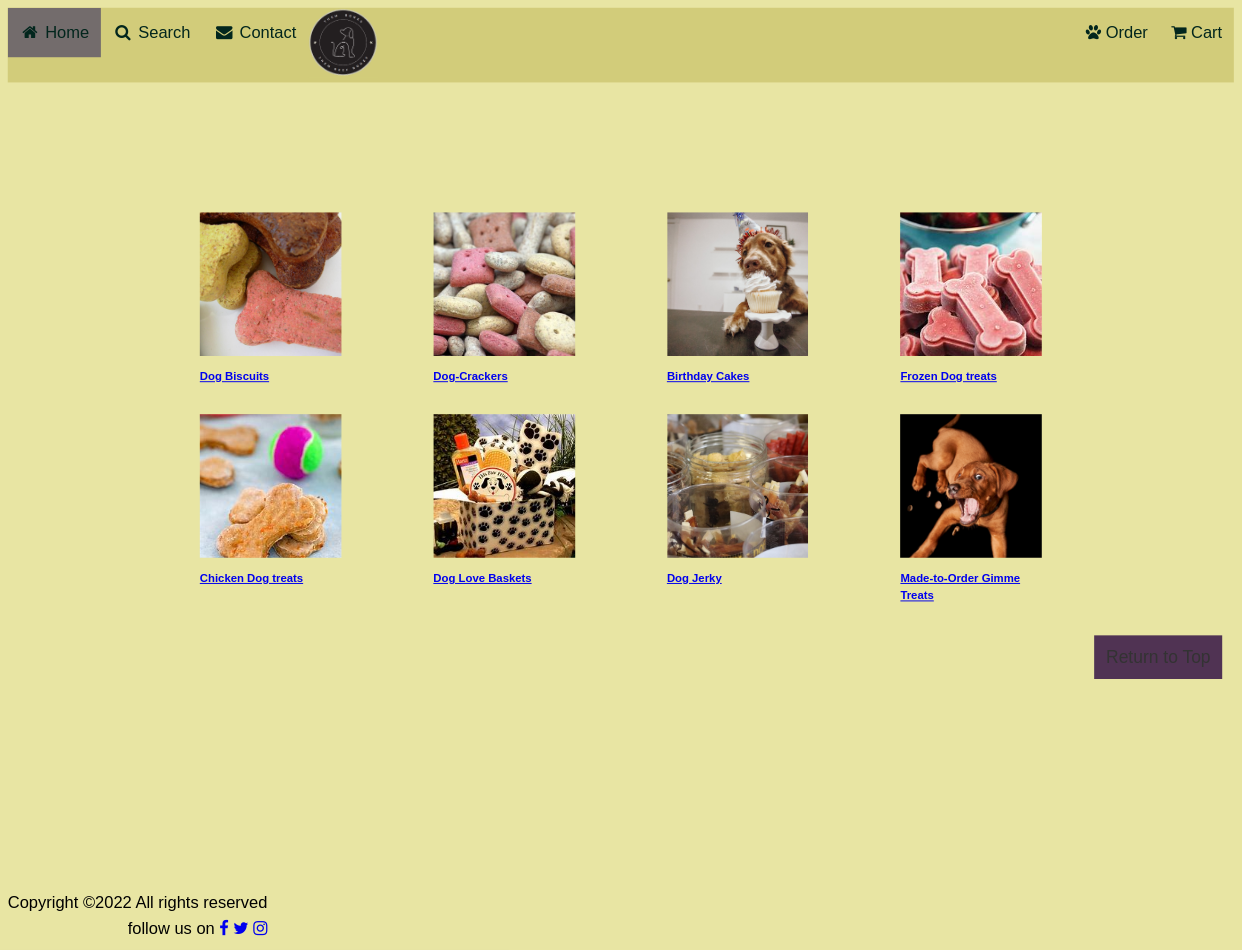
Repository: vgoins-RA2022/HTML-1
Page: index.html
The author's editor kept a copy of each file at every save. The page is drawn from the files as they stood at one save, then again after the next save.
The browser window is 1280 px wide. The pictures show the whole page, at 97% of full size.

Above is the page before, as saved 2023-01-21 20:27:35.

### index.html
<!DOCTYPE html>
<html lang="en">

<head>
  <meta charset="UTF-8">
  <meta name="viewport" content="width=device-width, initial-scale=1">
  <link rel="stylesheet" href="https://cdnjs.cloudflare.com/ajax/libs/font-awesome/4.7.0/css/font-awesome.min.css">
  <link rel="stylesheet" href="../HTML-1/src/css/Style.css" type="text/css">
  <title>Simple HTML Assignment 1</title>
</head>

<header>
    <!-- setup top navigator bar. position logo, home and contact navators on the left-->
    <div class="navbar" float: left>
      <img src="src/img/them-bones-logo.png" alt="them-bones-logo" class="logo" >
      <a class="active" href="#"><i class="fa fa-fw fa-home"></i> Home</a>
      <a href="#"><i class="fa fa-fw fa-search"></i> Search</a>
      <a href="#"><i class="fa fa-fw fa-envelope"></i> Contact</a>
      <!-- position order and cart navigators on the right -->
    <div class="right"><a href="#"><i class="fa fa-paw" aria-hidden="true"></i> Order</a>
    <div class="right"><a href="#"><i class="fa fa-shopping-cart" aria-hidden="true"></i> Cart</a>
    </div>
  </header>

<body>
  <div class="container">
     <!-- set of store gallery of self-contained items enclosed in the figure tags  -->
    <div class="gallery">

      <figure class="gallery__item gallery__item--1">
            <img src="src/img/animal-dog- biscuits.jpg" alt="animal-dog-biscuits" class="gallery__img" >
              <h3 class= image-text>
                <h3><a href="#">Dog Biscuits</a></h3>
              </h3>
        </figure>
        <figure class="gallery__item gallery__item--2">
            <img src="src/img/animal-dog- crackers.jpg" alt="animal-dog-crackers" class="gallery__img">
                <h3 class= image-text>
                  <h3><a href="#">Dog-Crackers</a></h3>
                </h3>

        </figure>
        <figure class="gallery__item gallery__item--3">
            <img src="src/img/dog-happy-birthday.jpg" alt="dog-happy-birthday" class="gallery__img">
              <h3 class= image-text></h3>
                <h3><a href="#">Birthday Cakes</a></h3>
               </h3>
        </figure>
        <figure class="gallery__item gallery__item--4">
            <img src="src/img/frozen-dog-treats.jpg" alt="frozen-dog-treats" class="gallery__img">
              <h3 class= image-text>
                 <h3><a href="#">Frozen Dog treats</a></h3>
              </h3>
        </figure>
        <figure class="gallery__item gallery__item--5">
            <img src="src/img/chicken-dog-treat.jpg" alt="chicken-dog-treats" class="gallery__img">
              <h3 class= image-text>
                <h3><a href="#">Chicken Dog treats</a></h3>
              </h3>
        </figure>
        <figure class="gallery__item gallery__item--6">
            <img src="src/img/doggy-love-basket.jpg" alt="doggy-love-basket" class="gallery__img">
            <h3 class= image-text>
            <h3><a href="#">Dog Love Baskets</a></h3>
            </h3>
        </figure>
        <figure class="gallery__item gallery__item--7">
            <img src="src/img/Dog-jerkey.png" alt="dog-jerky" class="gallery__img">
            <h3 class= image-text>
              <a href="#">Dog Jerky</a></h3>
            </h3>
        </figure>
        <figure class="gallery__item gallery__item--8">
          <img src="src/img/gimme-dog treats.jpg" alt="gimme-dog-treats" class="gallery__img">
          <h3 class= image-text>
            <a href="#">Made-to-Order Gimme Treats</a>
          </h3>
        </figure>

      </div>
  </div>

</body>

<footer>
  <!-- <div> id="footer"</div>  footer id attribute -->

  <!-- setup navigator bar in the footer of copywright and social media icons -->


  <div class="navbar-footer">
    <div class="row">
      <div class="col-left">Copyright ©2022 All rights reserved</div>
      <div class="col-right">follow us on

        <a href="#"><i class="fa fa-facebook"></i></a>
        <a href="#"><i class="fa fa-twitter"></i></a>
        <a href="#"><i class="fa fa-instagram"></i></a>
      </div>
    </div>
  </div>
  <div><button id="return-to-top">Return to Top</button></div>
  </footer>
</html>

### src/css/Style.css

/* align navigation bar items */
.left-menu {
  grid-column: 1;
}
.right-menu {
  grid-column: -1;
}
/* format logo position, width and height */
.logo {
  grid-column: 3;
  grid-area: logo;
  place-self: center;
  width: 10vh;
  height: 10vh;
  justify-self: center;
  background-color:#d2cc7a;
}

/* style the navigation bar */
.navbar a {
float: left;
padding-top: 70px;
padding: 12px;
color: #02261d;
text-decoration: none;
font-size: 17px;
}
/* set the size of the images */
img {
  width: 400px;
  height: 80px;
}
/* change color of navigation item when cursor hovers */
.navbar a:hover {
background-color: #8e8c8c;
}
.active {
background-color: #736c6c;
}
.left {
  float: left;
}

.right {
  float: right;
 }

.navbar a {
    float: left;
    display: block;
}

.navbar {
    width: 100%;
    background-color: #d2cc7a;
    overflow: auto;
}

.logo img {
    display: inline-block;
    vertical-align: top;
    width: 50px;
    height: 50px;
    margin-right: 20px;
    margin-top: 15px;
}

html {
  box-sizing: border-box;
  font-size: 62.5%;
}

body {
  font-family: "Nunito", sans-serif;
  background-color: rgba(216, 212, 98, 0.585);
  font-weight: 300;
  line-height: 1.6;
}

.container {
  width: 75%;
  margin: 2rem auto;
}

.gallery {
  display: grid;
  grid-template-columns: repeat(8, 1fr);
  grid-template-rows: repeat(8, 5vw);
  grid-gap: 1.5rem;
  row-gap: 40px;
}

.gallery__img {
  width: 100%;
  height: 100%;
  object-fit: cover;
  display: block;
}

.image-txt {
  margin: 3%;
  position: absolute;
  top: 20px;
  left: 50px;
}
/* set length and position of store gallery items */
.gallery__item--1 {
  grid-column: 1 / span 2;
  grid-row: 2 / span 2;
}
.gallery__item--2 {
  grid-column: 3 / span 2;
  grid-row: 2 / span 2;
}
.gallery__item--3 {
  grid-column: 5 / span 2;
  grid-row: 2 / span 2;
}
.gallery__item--4 {
  grid-column: 7 / span 2;
  grid-row: 2 / span 2;
}
.gallery__item--5 {
  grid-column: 1 / span 2;
  grid-row: 4 / span 2;
}
.gallery__item--6 {
  grid-column: 3 / span 2;
  grid-row: 4 / span 2;
}
.gallery__item--7 {
  grid-column: 5 / span 2;
  grid-row: 4 / span 2;
}
.gallery__item--8 {
  grid-column: 7 / span 2;
  grid-row: 4 / span 2;
}
/* Style the button */

#return-to-top {
  position: fixed;
  bottom: 20px;
  right: 20px;
  background-color: #503353;
  color: #333;
  font-size: 18px;
  padding: 12px;
  border: none;
  cursor: pointer;
}

.button:hover {
  background-color: #ddd;
}

.button.active {
  background-color: #666;
  color: white;
}

.navbar-footer {
  font-size: 17px;
  display: flex;
  justify-content: space-between;
}
.col-left {
  text-align: left;
}
.col-right {
  text-align: right;
}


.footer {
  background: #061D25;
  padding: 10px 0;
}
.footer a {
  color: #70726F;
  font-size: 20px;
  padding: 10px;
  border-right: 1px solid #70726F;
  transition: all .5s ease;
}
.flex-container {
  display: flex;
  background: #d2cc7a;
}

.copyright{
  text-align: center;
  padding-top: 24px;
  font-weight: 500;
  opacity: 0.8;
  font-size: 16px;
}
@media (max-width: 767px) {

    .h6{
      margin: 0 auto;
      text-align: center;
      margin-top: 10px;
      margin-bottom: 10px;
    }
    .ul{
      text-align: center;
    }
    .social{
        width: 100%;
        margin: 0 auto;
        font-size: "15px";
        text-align: center;
        padding: 40px;
        padding-bottom: 0px;
        border-top: 1px solid #eee;
        margin-top: 50px;
    }

  }

After the next save:
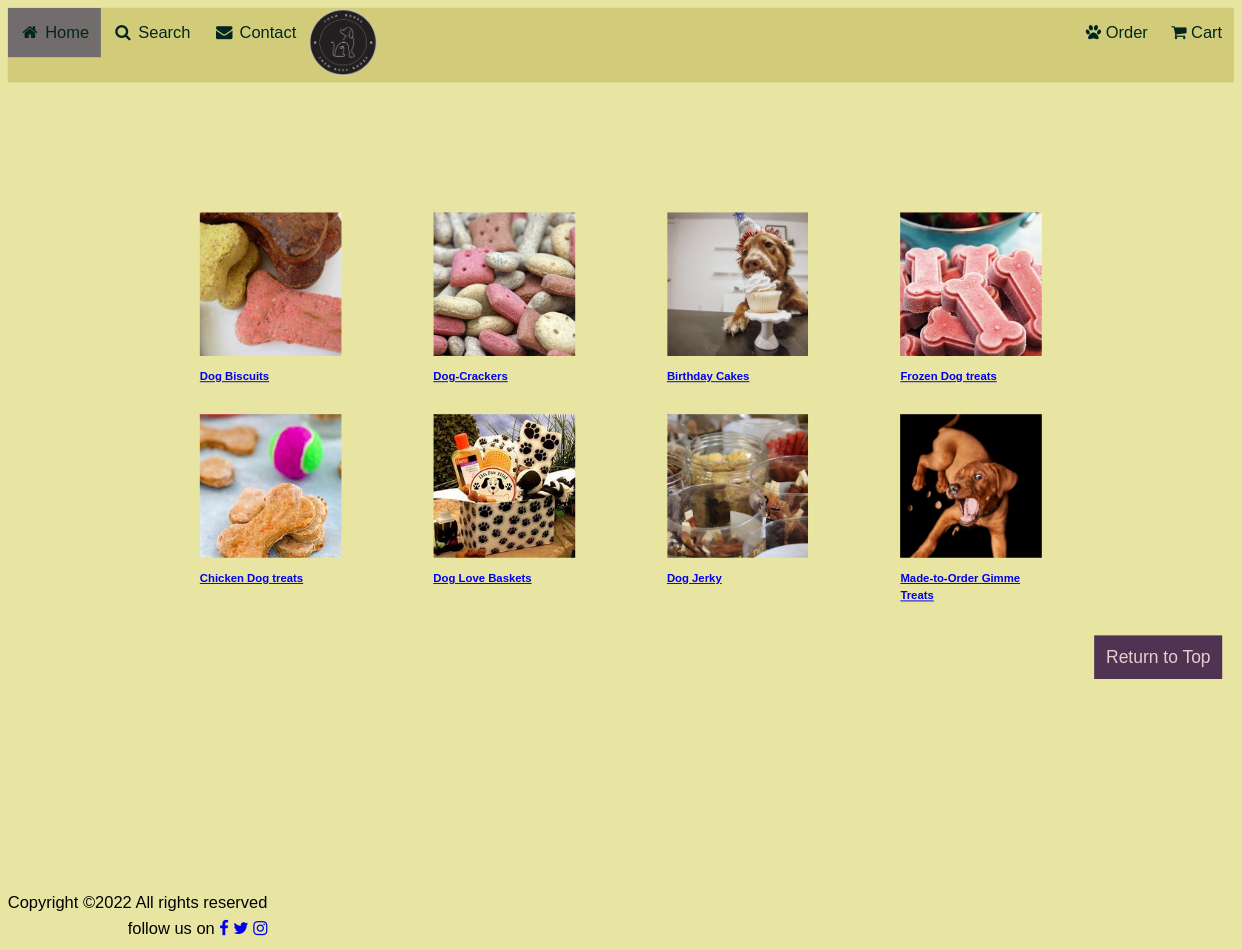
Saved 45 s later.
--- a/src/css/Style.css
+++ b/src/css/Style.css
@@ -144,7 +144,7 @@
   bottom: 20px;
   right: 20px;
   background-color: #503353;
-  color: #333;
+  color: rgb(235, 203, 203);
   font-size: 18px;
   padding: 12px;
   border: none;
